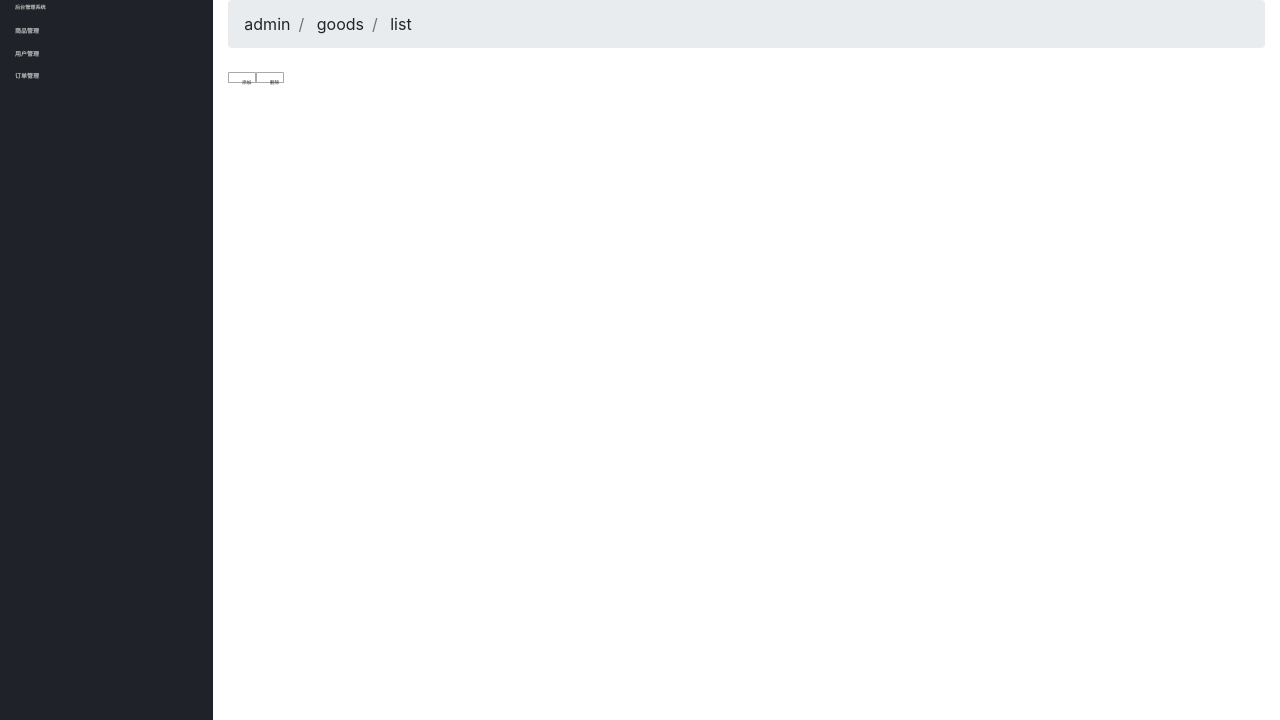
Repository: Rayfang0719/Vue-admin
Page: /admin/goods/list
An editor plug-in stored every save of this project. The page is shown before and after the next save, followed by the edit.
The browser window is 1280 px wide. The pictures show the whole page.
The project was rebuilt for these pictures with package versions that can differ from the ones it lists, and the page was loaded fresh each time. Also part of the build but not shown: vue.config.js, src/pages/login.vue.

Above is the page before, as saved 2019-05-11 17:01:44.

After the next save:
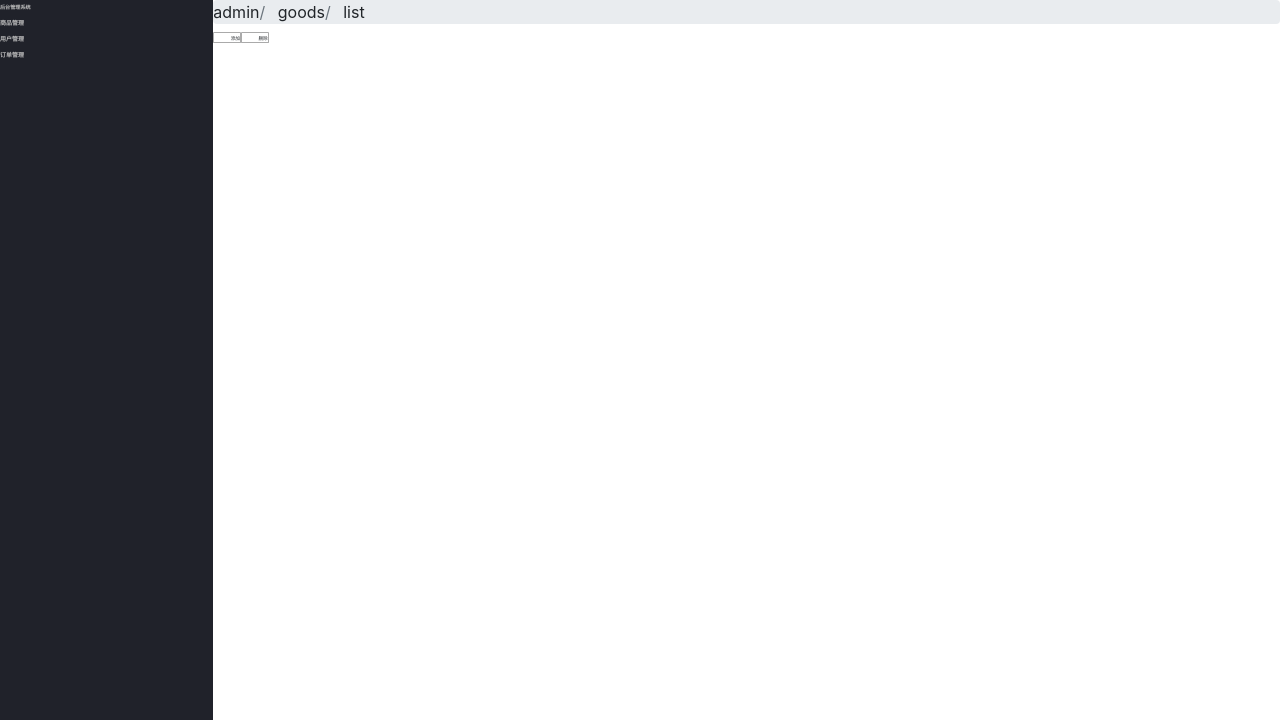
Saved 19 s later.
--- a/public/index.html
+++ b/public/index.html
@@ -9,8 +9,8 @@
     <link rel="stylesheet" href="./base.css">
     <style>
       *{
-        margin:0px ;
-        padding:0px;
+        margin:0px!important ;
+        padding:0px !important;
       }
     html,body{
       width:100%;

After the save that followed:
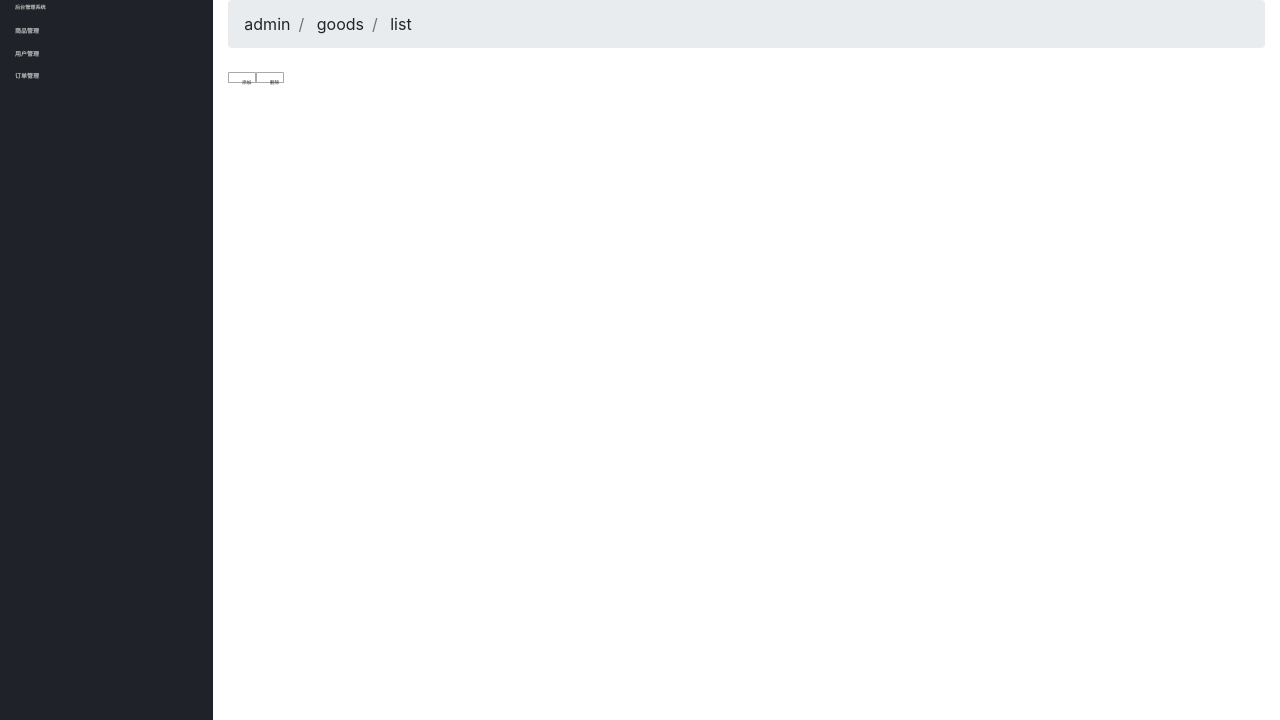
Saved 16 s later.
--- a/public/index.html
+++ b/public/index.html
@@ -9,8 +9,8 @@
     <link rel="stylesheet" href="./base.css">
     <style>
       *{
-        margin:0px!important ;
-        padding:0px !important;
+        margin:0px ;
+        padding:0px;
       }
     html,body{
       width:100%;
